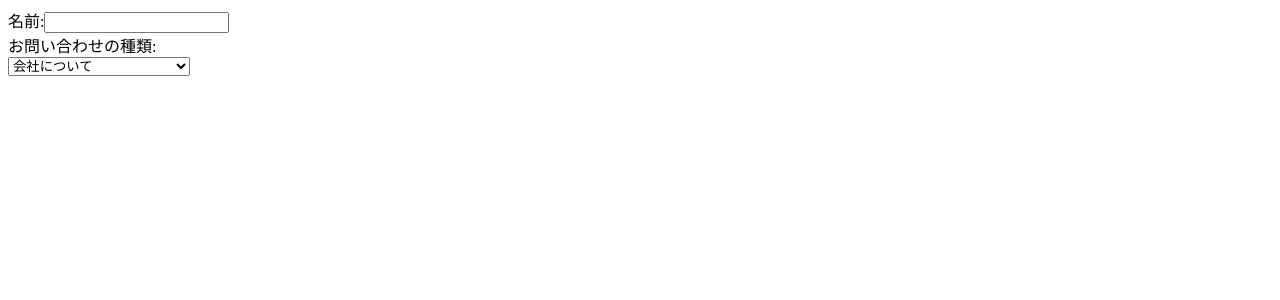
Repository: fujimon-san1996/test
Page: http://localhost/WebProJ3/inquiry.jsp
The author's editor kept a copy of each file at every save. The page is drawn from the files as they stood at one save, then again after the next save.
The browser window is 1280 px wide. The pictures show the whole page.
The page is served by Tomcat 9.

Above is the page before, as saved 2019-03-11 11:34:29.

After the next save:
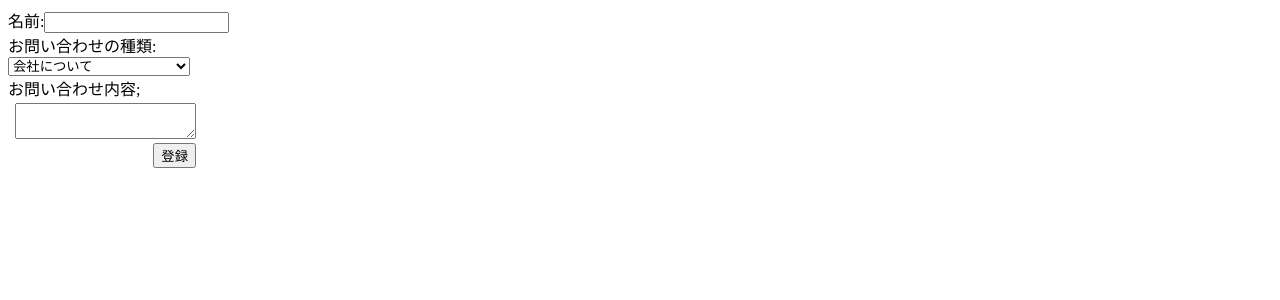
Saved 67 s later.
--- a/WebProJ3/WebContent/inquiry.jsp
+++ b/WebProJ3/WebContent/inquiry.jsp
@@ -17,6 +17,12 @@
 	<option value="support">アフターサポートについて</option>
 	</select>
 
+	<br>
+	お問い合わせ内容;
+	<s:textarea name="body"/>
+	<br>
+	<s:submit value="登録"/>
+
 
 	</s:form>
 
